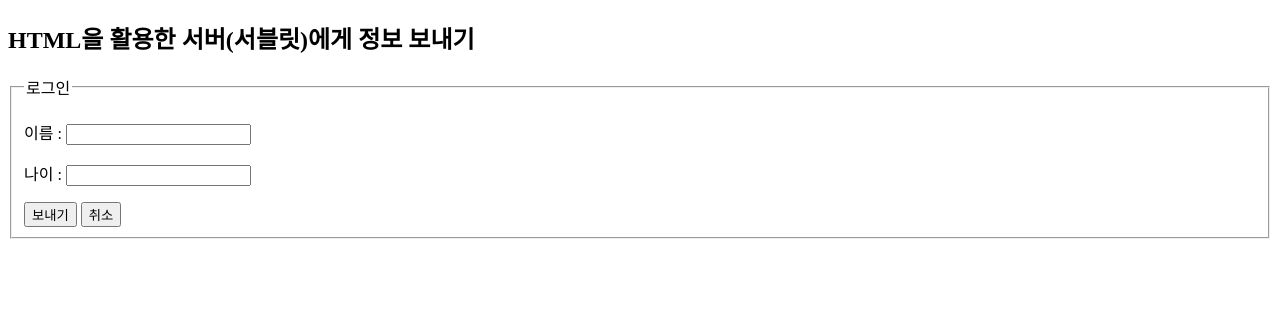
Repository: Kebiskim/2023_jspStudy
Page: 01_servlet/src/main/webapp/view/Ex11.html
An editor plug-in stored every save of this project. The page is shown before and after the next save, followed by the edit.
The browser window is 1280 px wide. The pictures show the whole page.

Above is the page before, as saved 2023-07-03 03:29:09.

### 01_servlet/src/main/webapp/view/Ex11.html
<!DOCTYPE html>
<html>
<head>
<meta charset="UTF-8">
<title>Insert title here</title>
</head>
<body>
	<h2>HTML을 활용한 서버(서블릿)에게 정보 보내기</h2>
	<form action="/01_servlet/Ex11_1" method="post" autocomplete="off">
	<fieldset>
		<legend>로그인</legend>
		<!-- for에는 id를 집어넣음. 그래야 연결이 된다!! -->
		<p><label for="name">이름 : </label>
			<input type="text" name="name" id="name" required></p>
		<p><label for="age">나이 : </label>
			<input type="number" name="age" id="age" required></p>
			<input type="submit" value="보내기">
			<input type="reset"  value="취소">
	</fieldset>
	</form>
</body>
</html>

After the next save:
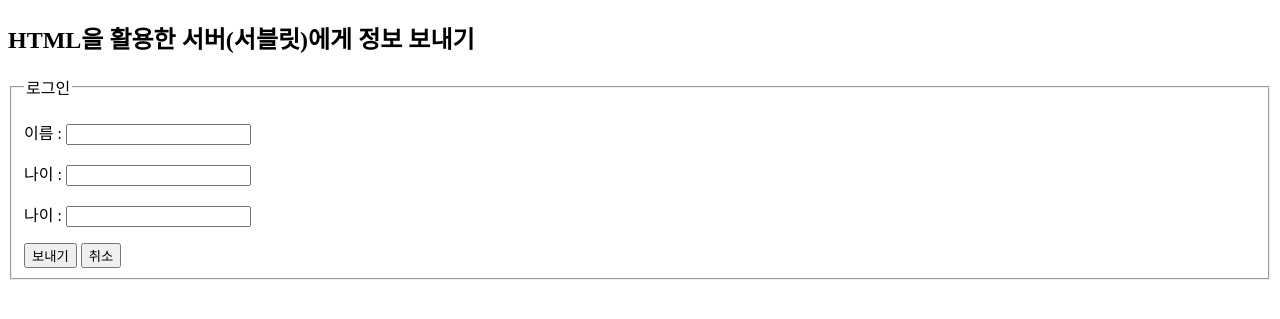
Saved 23 s later.
--- a/01_servlet/src/main/webapp/view/Ex11.html
+++ b/01_servlet/src/main/webapp/view/Ex11.html
@@ -14,6 +14,8 @@
 			<input type="text" name="name" id="name" required></p>
 		<p><label for="age">나이 : </label>
 			<input type="number" name="age" id="age" required></p>
+		<p><label for="age">나이 : </label>
+			<input type="number" name="age" id="age" required></p>
 			<input type="submit" value="보내기">
 			<input type="reset"  value="취소">
 	</fieldset>
